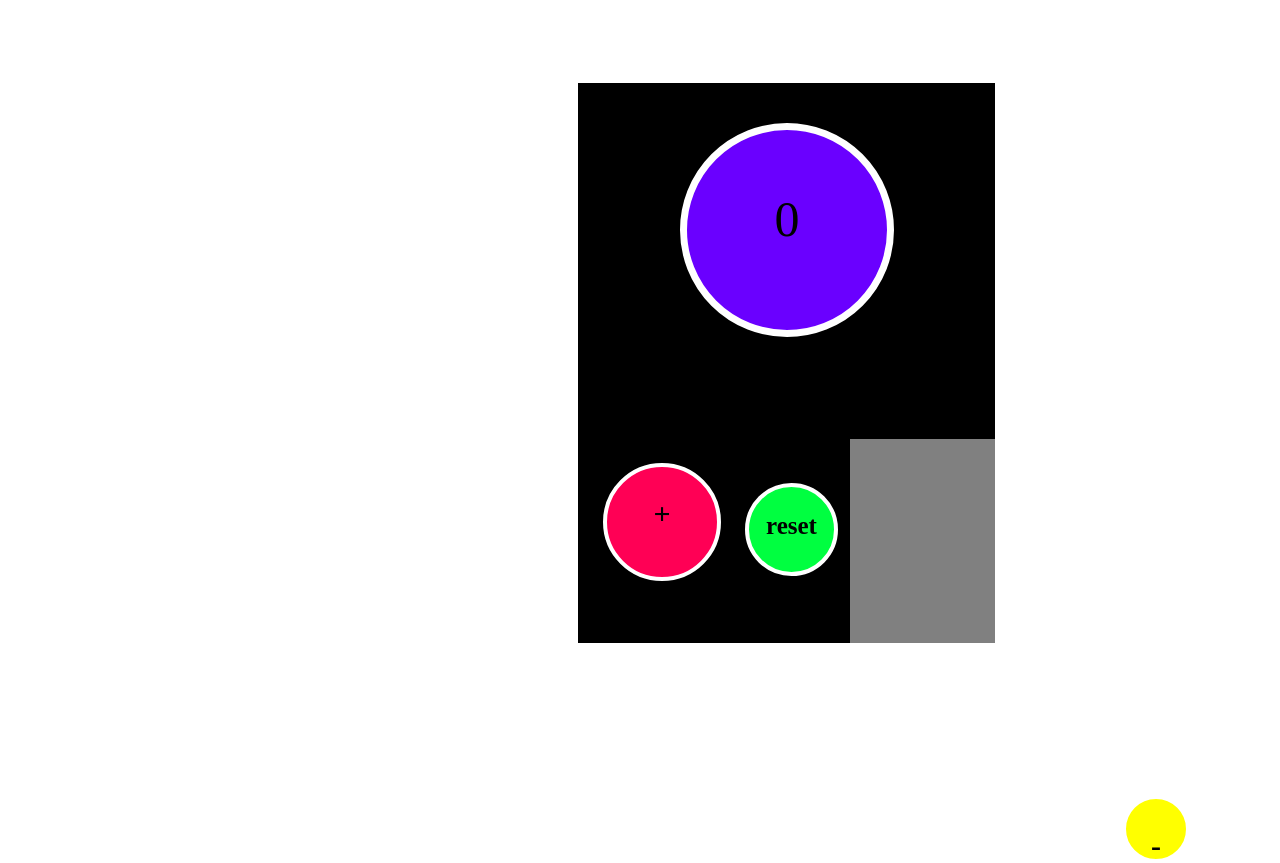
Repository: sara55m/Counter_App
Page: index.html
These files come from the project's save history. The page is drawn as it stood at one moment and after the next save; the edit follows.
The browser window is 1280 px wide. The pictures show the whole page.

Above is the page before, as saved 2024-07-31 18:13:14.

After the next save:
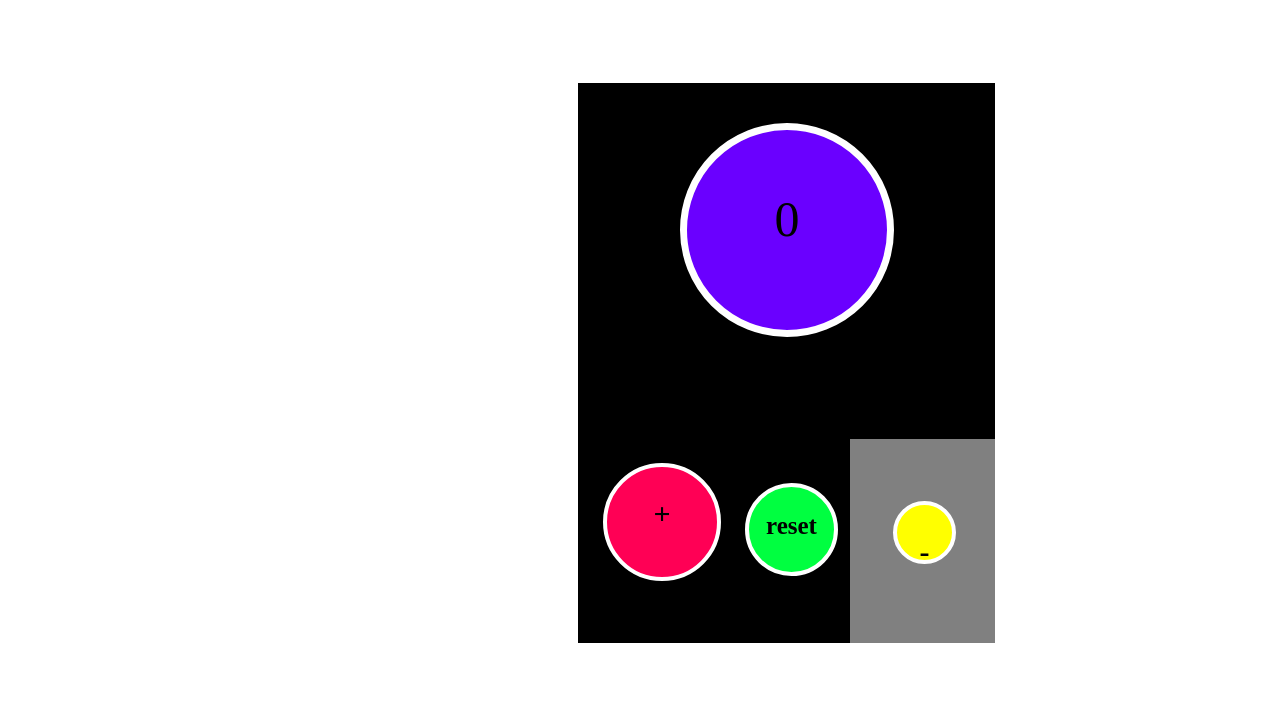
Saved 2 min 39 s later.
--- a/css/style.css
+++ b/css/style.css
@@ -53,10 +53,10 @@ p.first,p.second{
 }
 .decrease2{
     position:absolute;
-    top:356px;
-    left:272px;
-    height:60px;
-    width:60px;
+    top:62px;
+    left:43px;
+    height:55px;
+    width:55px;
     border-radius: 50%;
     border:4px solid white;
     background-color:yellow;
